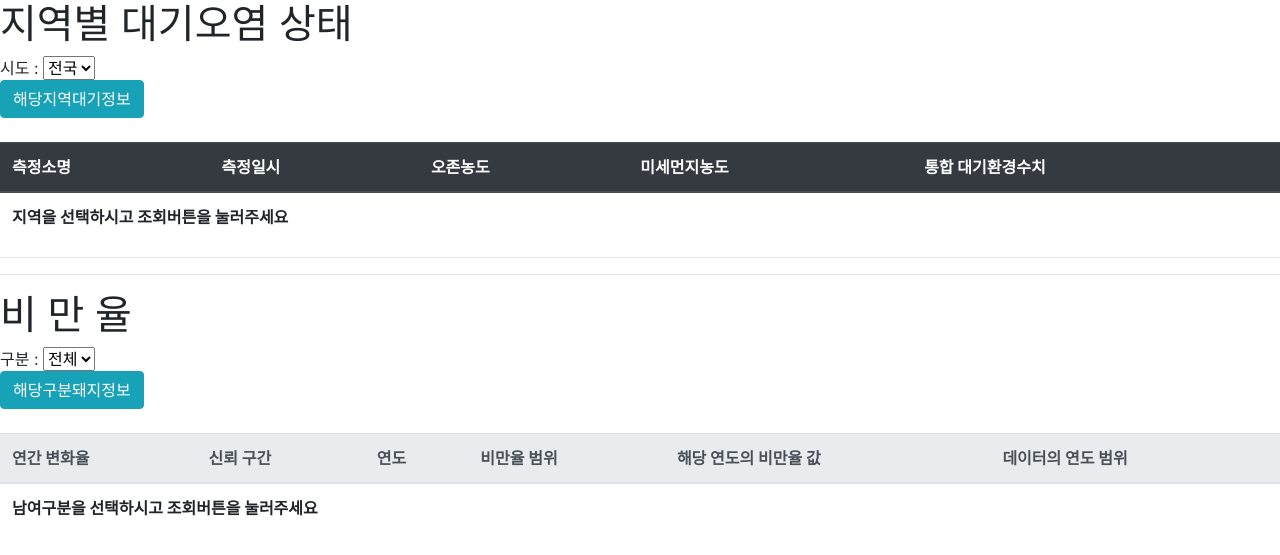
Repository: LeeSeongWook1/semi_Spring
Page: http://localhost/apiProject/
An editor plug-in stored every save of this project. The page is shown before and after the next save, followed by the edit.
The browser window is 1280 px wide. The pictures show the whole page.
The page is served by Tomcat 9. Other server files are loaded and not shown.

Above is the page before, as saved 2024-04-25 08:12:25.
Console error: SyntaxError: Unexpected token ')'

### apiProject/src/main/webapp/index.jsp
<%@ page language="java" contentType="text/html; charset=UTF-8"
	pageEncoding="UTF-8"%>
<!DOCTYPE html>
<html>
<head>
<meta charset="UTF-8">
<title>Insert title here</title>
 <!-- jQuery 라이브러리 -->
    <script src="https://ajax.googleapis.com/ajax/libs/jquery/3.4.1/jquery.min.js"></script>
    <!-- 부트스트랩에서 제공하고 있는 스타일 -->
    <link rel="stylesheet" href="https://maxcdn.bootstrapcdn.com/bootstrap/4.5.2/css/bootstrap.min.css">
    <!-- 부트스트랩에서 제공하고 있는 스크립트 -->
    <script src="https://maxcdn.bootstrapcdn.com/bootstrap/4.5.2/js/bootstrap.min.js"></script>
</head>
<body>


	<h1>지역별 대기오염 상태</h1>

	시도 :
	<select id="sidoName">
		<option>전국</option>
		<option>서울</option>
		<option>부산</option>
		<option>대구</option>
		<option>인천</option>
		<option>광주</option>
		<option>대전</option>
		<option>울산</option>
		<option>경기</option>
		<option>경기</option>
		<option>강원</option>
		<option>충북</option>
		<option>충남</option>
		<option>전북</option>
		<option>전남</option>
		<option>경북</option>
		<option>경남</option>
		<option>제주</option>
		<option>세종</option>
	</select>

	<br>
	<button class="btn btn-info" id="btn1">해당지역대기정보</button>
	<br><br>


	<script>
		$(function(){
			$('#btn1').click(function(){
			/*
				$.ajax({
					url : 'air',
					data : {sidoName : $('#sidoName').val()},
					type : 'get',
					success : function(result){
						//console.log(result.response.body.items);

						const items = result.response.body.items;

						let str = '';
						for(let i in items){
							const item = items[i];

							str+= '<tr>'
								+ '<td>' +item.stationName+'</td>'
								+ '<td>' +item.dataTime + '</td>'
								+ '<td>' +item.o3Value+'</td>'
								+ '<td>' +item.pm10Value+'</td>'
								+ '<td>' +item.khaiValue+'</td>'
								+ '</tr>';
						}

						$('tbody').html();
					}
				});
				*/

				/*
					익명함수를 화살표 표기법을 이용해서 작성(가시성이 좋음)

					"function(){}"를 		"()=>{}"" 이렇게 작성할 수 있음

					"function(a){}"를		"a =>{}" 이렇게 작성할 수 있음

					"function(a,b){}"를 		"(a,b)=>{}"이렇게 작성할 수 있음

					"function(){return 'a'}"를  ()=>'a'"이렇게 작성할 수 있음

				*/

				$.ajax({
					url : 'xml',
					data : {sidoName : $('#sidoName').val()},
					type : 'get',
					success : data => {

						//console.log(data);

						//jQuery => find() : 기준이 되는 요소의 하위요소들 중 특정 요소를 찾을 떄 사용(HTML요소) -> XML 요소에도 사용가능

						//console.log($(data).find('item'));

						//XML형식의 응답데이터를 받았을떄
						//1. 응답 데이터에서 실제 데이터가 담겨있는 요소 선택
						const items = $(data).find('item');

						//2.반복문을 통해 실제 데이터가 담긴 요소들에 접근해서 동적으로 요소 만들기!
						let value='';
						items.each((i,item)=>{ //1번 i에는 index, 2번 item에는 element
							//console.log(item);
							//console.log($(item).find('stationName').text());

							value+= '<tr>'
									+'<td>' +$(item).find('stationName').text() +'</td>'
									+'<td>' +$(item).find('dataTime').text() +'</td>'
									+'<td>' +$(item).find('o3Value').text() +'</td>'
									+'<td>' +$(item).find('pm10Value').text() +'</td>'
									+'<td>' +$(item).find('khaiValue').text() +'</td>'
									+'</tr>';


						});

						$('tbody').html(value);


					},
					error : () => {
						console.log('실패');
					}
				})

			});

		})

	</script>


	<table class="table table-hover">
		<thead class="thead-dark">
			<tr>
				<th>측정소명</th>
				<th>측정일시</th>
				<th>오존농도</th>
				<th>미세먼지농도</th>
				<th>통합 대기환경수치</th>
			</tr>
		</thead>
		<tbody>
			<tr>
				<th colspan="5">지역을 선택하시고 조회버튼을 눌러주세요 </th>
			</tr>
		</tbody>
	</table>

	<hr><hr>

	<h1>비 만 율</h1>
		구분 :
	<select id="SERIESNAME">
		<option>전체</option>
		<option>남</option>
		<option>여</option>
	</select>
	<br>
	<button class="btn btn-info" id="btn2">해당구분돼지정보</button>
	<br><br>


	<table class="table table-hover">
		<thead class="thead-light">
			<tr>
				<th>연간 변화율</th>
				<th>신뢰 구간</th>
				<th>연도</th>
				<th>비만율 범위</th>
				<th>해당 연도의 비만율 값</th>
				<th>데이터의 연도 범위</th>
			</tr>
		</thead>
		<tbody id="pig">
			<tr>
				<th colspan="7">남여구분을 선택하시고 조회버튼을 눌러주세요 </th>
			</tr>
		</tbody>
	</table>


	<script>
		$(function(){
			$('#btn2').click(function(){
				$.ajax({
					url : 'xml2',
					data : {SERIESNAME : $('#SERIESNAME').val()},
					type : 'get',
					success : data => {
						const items = $(data).find('item');


							value+= '<tr>'
									+'<td>' +$(item).find('APC_VALUE').text() +'</td>'
									+'<td>' +$(item).find('APC_CI').text() +'</td>'
									+'<td>' +$(item).find('YEAR').text() +'</td>'
									+'<td>' +$(item).find('CI').text() +'</td>'
									+'<td>' +$(item).find('VALUE').text() +'</td>'
									+'<td>' +$(item).find('APC_YEAR').text() +'</td>'
									+'</tr>';


						});

						$('#pig').html(value);


					},
					error : () => {
						console.log('실패');
					}
				})

			});

		})

	</script>

</body>
</html>

After the next save:
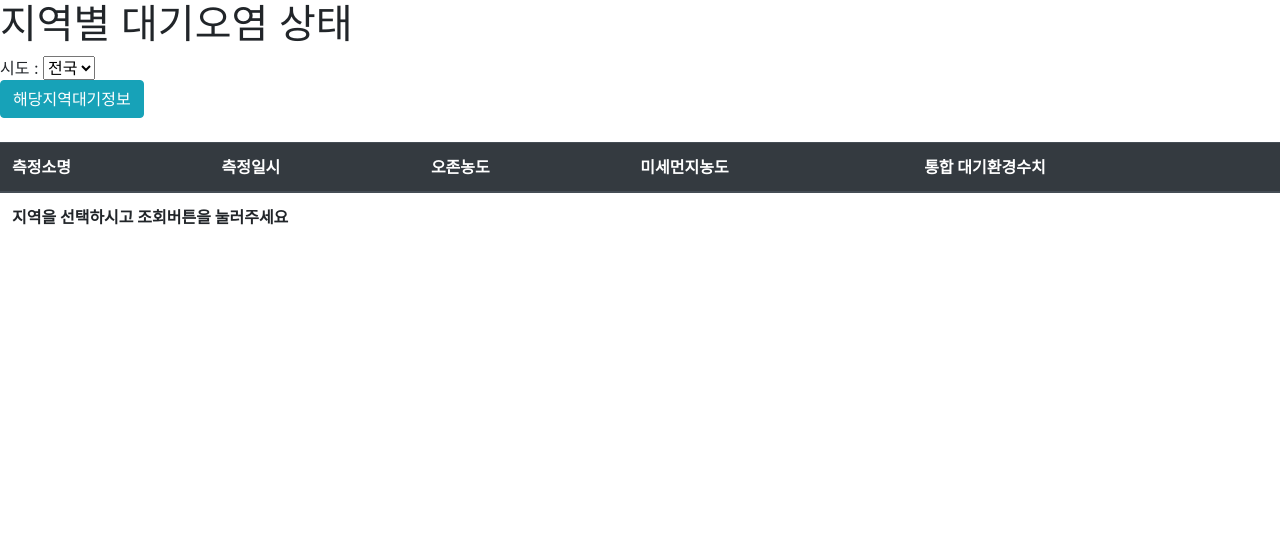
The error is gone.
Saved 2 min 8 s later.
--- a/apiProject/src/main/webapp/index.jsp
+++ b/apiProject/src/main/webapp/index.jsp
@@ -155,76 +155,5 @@
 		</tbody>
 	</table>
 
-	<hr><hr>
-
-	<h1>비 만 율</h1>
-		구분 :
-	<select id="SERIESNAME">
-		<option>전체</option>
-		<option>남</option>
-		<option>여</option>
-	</select>
-	<br>
-	<button class="btn btn-info" id="btn2">해당구분돼지정보</button>
-	<br><br>
-
-
-	<table class="table table-hover">
-		<thead class="thead-light">
-			<tr>
-				<th>연간 변화율</th>
-				<th>신뢰 구간</th>
-				<th>연도</th>
-				<th>비만율 범위</th>
-				<th>해당 연도의 비만율 값</th>
-				<th>데이터의 연도 범위</th>
-			</tr>
-		</thead>
-		<tbody id="pig">
-			<tr>
-				<th colspan="7">남여구분을 선택하시고 조회버튼을 눌러주세요 </th>
-			</tr>
-		</tbody>
-	</table>
-
-
-	<script>
-		$(function(){
-			$('#btn2').click(function(){
-				$.ajax({
-					url : 'xml2',
-					data : {SERIESNAME : $('#SERIESNAME').val()},
-					type : 'get',
-					success : data => {
-						const items = $(data).find('item');
-
-
-							value+= '<tr>'
-									+'<td>' +$(item).find('APC_VALUE').text() +'</td>'
-									+'<td>' +$(item).find('APC_CI').text() +'</td>'
-									+'<td>' +$(item).find('YEAR').text() +'</td>'
-									+'<td>' +$(item).find('CI').text() +'</td>'
-									+'<td>' +$(item).find('VALUE').text() +'</td>'
-									+'<td>' +$(item).find('APC_YEAR').text() +'</td>'
-									+'</tr>';
-
-
-						});
-
-						$('#pig').html(value);
-
-
-					},
-					error : () => {
-						console.log('실패');
-					}
-				})
-
-			});
-
-		})
-
-	</script>
-
 </body>
 </html>
